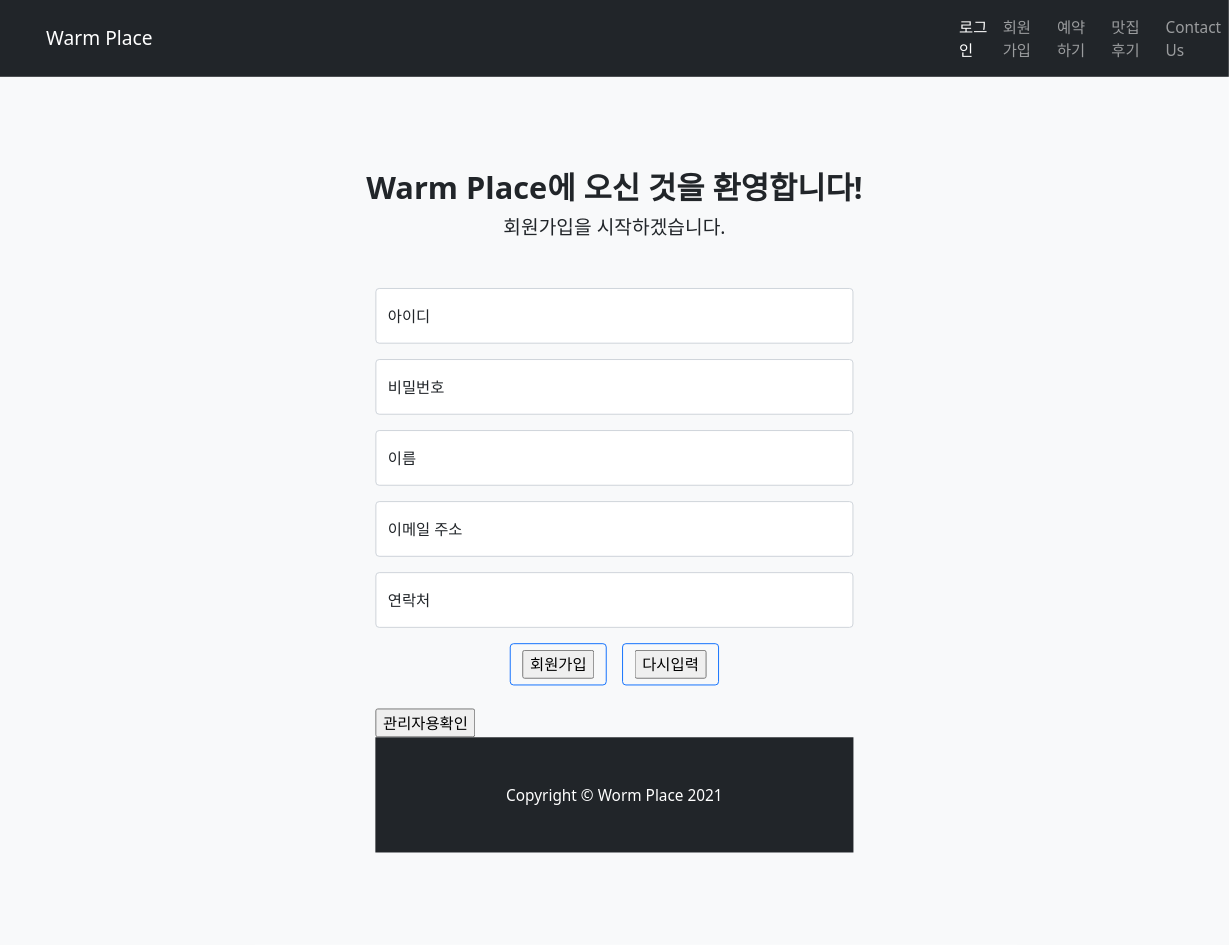
Repository: jaunnnngs/HackaTone
Page: http://localhost/StunProjects/St_Join/st_userJoin.jsp
An editor plug-in stored every save of this project. The page is shown before and after the next save, followed by the edit.
The browser window is 1280 px wide. The pictures show the whole page, at 96% of full size.
Some web libraries are served in a nearby version. The page is served by Tomcat 9. Other server files are loaded and not shown.

Above is the page before, as saved 2021-07-25 04:16:43.

### STUN_TEAM/StunProjects/src/main/webapp/St_Join/st_userJoin.jsp
<%@ page language="java" contentType="text/html; charset=UTF-8" pageEncoding="UTF-8"%>

<!DOCTYPE html>
<html>
    <head>
        <meta charset="utf-8" />
        <meta name="keywords" content="HTML,CSS,XML,JavaScript">
        <meta name="viewport" content="width=device-width, initial-scale=1, shrink-to-fit=no" />
        <meta name="description" content="HTML Study" />
        <meta name="author" content="Bruce" />

        <title>WARM PLACE_회원가입</title>
        <!-- Favicon-->
        <link rel="icon" type="image/x-icon" href="assets/favicon.ico" />
        <!-- Bootstrap icons-->
        <link href="https://cdn.jsdelivr.net/npm/bootstrap-icons@1.4.1/font/bootstrap-icons.css" rel="stylesheet" />
        <!-- Core theme CSS (includes Bootstrap)-->
        <link href="css/styles.css" rel="stylesheet" />
    </head>

    <body>
    <form action="./st_userJoinAction.jsp"method="post">
        <!-- Responsive navbar-->
        <nav class="navbar navbar-expand-lg navbar-dark bg-dark">
            <div class="container px-5">
                <a class="navbar-brand" href="../St_Join/main.jsp">Warm Place</a>
                </div>
                <button class="navbar-toggler" type="button" data-bs-toggle="collapse" data-bs-target="#navbarSupportedContent" aria-controls="navbarSupportedContent" aria-expanded="false" aria-label="Toggle navigation"><span class="navbar-toggler-icon"></span></button>
                <div class="collapse navbar-collapse" id="navbarSupportedContent">
                    <ul class="navbar-nav ms-auto mb-2 mb-lg-0">
                         <li class="nav-item"><a class="nav-link active" aria-current="page" href="../St_board/login.jsp">로그인</a></li>
                        <li class="nav-item"><a class="nav-link" href="../St_Join/test_st_userJoin2.jsp">회원가입</a></li>
                        <li class="nav-item"><a class="nav-link" href="../St_Reservation/map.jsp">예약하기</a></li>
                        <li class="nav-item"><a class="nav-link" href="../St_board/bbs.jsp">맛집후기</a></li>
                        <li class="nav-item"><a class="nav-link" href="#!">Contact Us</a></li>
                    </ul>

            </div>
        </nav>

        <!-- 회원가입 섹션-->
       <section class="bg-light py-5">
            <div class="container px-5 my-5 px-5">
                <div class="text-center mb-5">
                    <h2 class="fw-bolder">Warm Place에 오신 것을 환영합니다!</h2>
                    <p class="lead mb-0">회원가입을 시작하겠습니다.</p>
                </div>
                <div class="row gx-5 justify-content-center">
                    <div class="col-lg-6">
                        <!-- * * * * * * * * * * * * * * *-->
                        <!-- * * SB Forms Contact Form * *-->
                        <!-- * * * * * * * * * * * * * * *-->
                        <!-- This form is pre-integrated with SB Forms.-->
                        <!-- To make this form functional, sign up at-->
                        <!-- https://startbootstrap.com/solution/contact-forms-->
                        <!-- to get an API token!-->
                        <form id="contactForm" data-sb-form-api-token="API_TOKEN">
                            <!-- userID input-->
                            <div class="form-floating mb-3">
                                 <input class="form-control" name="userID" id="userID" type="text" placeholder="Enter your ID..." data-sb-validations="required" />
                                 <label for="userID">아이디</label>
                                <div class="invalid-feedback" data-sb-feedback="userID:required">A userID is required.</div>
                            </div>
                            <!-- userPassword address input-->
                            <div class="form-floating mb-3">
                                <input class="form-control" name="userPassword" id="userPassword" type="password" placeholder="Enter your password..." data-sb-validations="required,email" />
                                <label for="userPassword">비밀번호</label>
                                <div class="invalid-feedback" data-sb-feedback="password:required">A password is required.</div>
                                <div class="invalid-feedback" data-sb-feedback="password:password">Password is not valid.</div>
                            </div>
                            <!-- Name input-->
                            <div class="form-floating mb-3">
                                <input class="form-control" name="name" id="name" type="text" placeholder="Enter your name..." data-sb-validations="required" />
                                <label for="name">이름</label>
                                <div class="invalid-feedback" data-sb-feedback="name:required">A name is required.</div>
                            </div>
                            <!-- Email address input-->
                            <div class="form-floating mb-3">
                                <input class="form-control" name="email" id="email" type="email" placeholder="name@example.com" data-sb-validations="required,email" />
                                <label for="email">이메일 주소</label>
                                <div class="invalid-feedback" data-sb-feedback="email:required">An email is required.</div>
                                <div class="invalid-feedback" data-sb-feedback="email:email">Email is not valid.</div>
                            </div>
                            <!-- Phone number input-->
                            <div class="form-floating mb-3">
                                <input class="form-control" name="number" id="phonenumber" type="phonenumber" placeholder="(123) 456-7890" data-sb-validations="required" />
                                <label for="phonenumber">연락처</label>
                                <div class="invalid-feedback" data-sb-feedback="phonenumber:required">A phone number is required.</div>
                            </div>
                            </form>

                            <!-- Submit success message-->
                            <!---->
                            <!-- This is what your users will see when the form-->
                            <!-- has successfully submitted-->
                            <div class="d-none" id="submitSuccessMessage">
                                <div class="text-center mb-3">
                                    <div class="fw-bolder">Form submission successful!</div>
                                    To activate this form, sign up at
                                    <br />
                                    <a href="https://startbootstrap.com/solution/contact-forms">https://startbootstrap.com/solution/contact-forms</a>
                                </div>
                            </div>
                            <!-- Submit error message-->
                            <!---->
                            <!-- This is what your users will see when there is-->
                            <!-- an error submitting the form-->
                            <div class="d-none" id="submitErrorMessage"><div class="text-center text-danger mb-3">Error sending message!</div></div>
                            <div class="d-grid gap-3 d-sm-flex justify-content-sm-center">
							<a class="btn btn-outline-primary"><input type="submit" value="회원가입"></a>
							<a class="btn btn-outline-primary"><input type="reset" value="다시입력"></a></div>

		</form>




     <!-- 디비확인용 버튼 -->
     <form action="./UseStunDB.jsp" method="post">
     <tr>
		<td colspan="2" style="text-align:center;">
	 		<br><input type="submit" value="관리자용확인"><br>
		</td>
	</tr>




</form>


    <!-- 하단화면r-->
        <footer class="py-5 bg-dark">
            <div class="container px-5"><p class="m-0 text-center text-white">Copyright &copy; Worm Place 2021</p></div>
        </footer>
        <!-- Bootstrap core JS-->
        <script src="https://cdn.jsdelivr.net/npm/bootstrap@5.0.2/dist/js/bootstrap.bundle.min.js"></script>
        <!-- Core theme JS-->
        <script src="js/scripts.js"></script>
        <!-- * * * * * * * * * * * * * * * * * * * * * * * * * * * * * * * * * * * * * * * *-->
        <!-- * *                               SB Forms JS                               * *-->
        <!-- * * Activate your form at https://startbootstrap.com/solution/contact-forms * *-->
        <!-- * * * * * * * * * * * * * * * * * * * * * * * * * * * * * * * * * * * * * * * *-->
        <script src="https://cdn.startbootstrap.com/sb-forms-latest.js"></script>
    </body>

### STUN_TEAM/StunProjects/src/main/webapp/St_Join/js/scripts.js
/*!
* Start Bootstrap - Business Frontpage v5.0.3 (https://startbootstrap.com/template/business-frontpage)
* Copyright 2013-2021 Start Bootstrap
* Licensed under MIT (https://github.com/StartBootstrap/startbootstrap-business-frontpage/blob/master/LICENSE)
*/
// This file is intentionally blank
// Use this file to add JavaScript to your project

Loaded but not shown: STUN_TEAM/StunProjects/src/main/webapp/St_Join/css/styles.css (library)

After the next save:
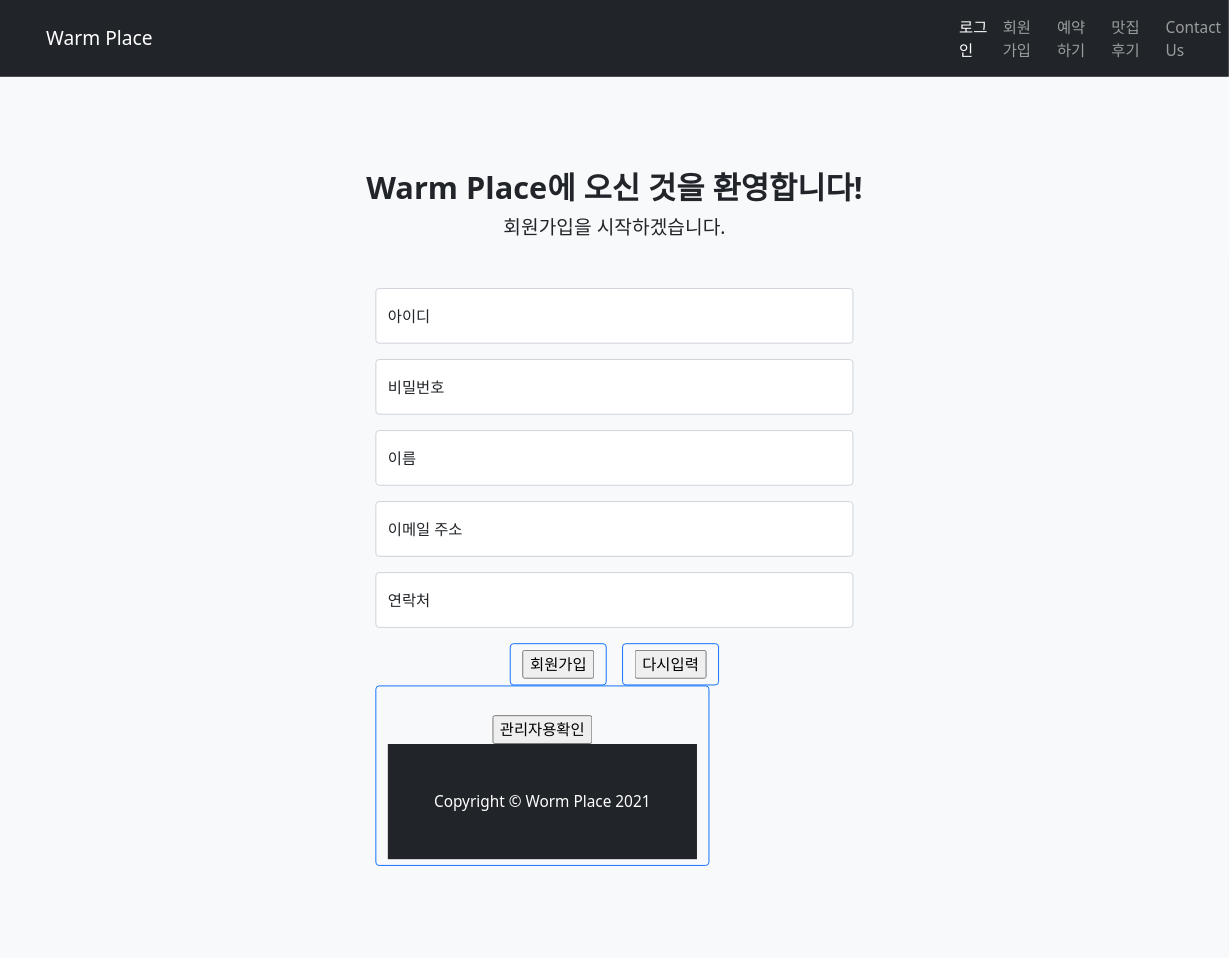
Saved 2 min 17 s later.
--- a/STUN_TEAM/StunProjects/src/main/webapp/St_Join/st_userJoin.jsp
+++ b/STUN_TEAM/StunProjects/src/main/webapp/St_Join/st_userJoin.jsp
@@ -117,16 +117,9 @@
 
      <!-- 디비확인용 버튼 -->
      <form action="./UseStunDB.jsp" method="post">
-     <tr>
-		<td colspan="2" style="text-align:center;">
+     <a class="btn btn-outline-primary">
 	 		<br><input type="submit" value="관리자용확인"><br>
-		</td>
-	</tr>
-
-
-
-
-</form>
+	 </form>
 
 
     <!-- 하단화면r-->
